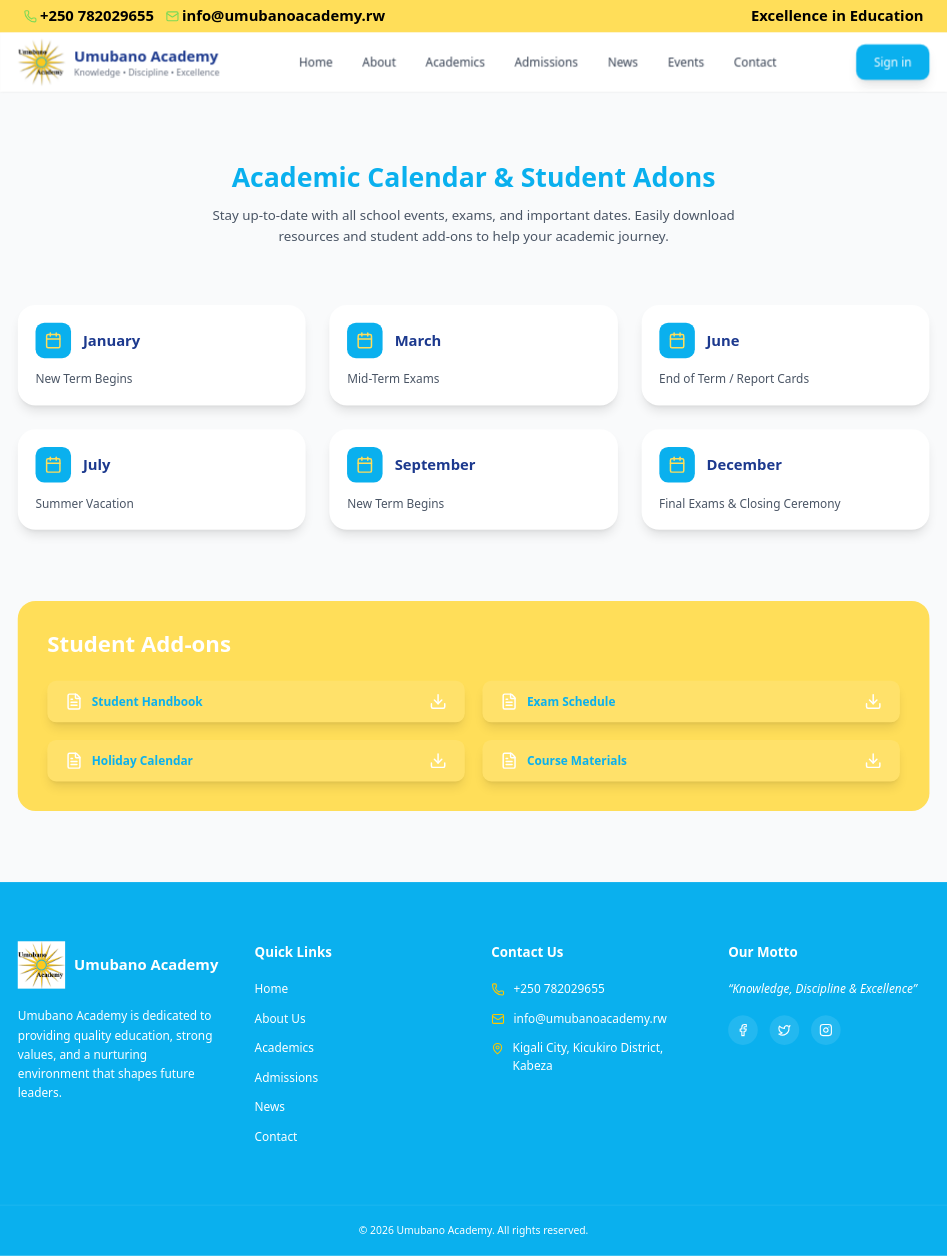
Repository: Umubano-Academy/umubano-academy-website
Page: /academic
These files come from the project's save history. The page is drawn as it stood at one moment and after the next save; the edit follows.
The browser window is 1280 px wide. The pictures show the whole page, at 74% of full size.
The project was rebuilt for these pictures with package versions that can differ from the ones it lists, and the page was loaded fresh each time. Also part of the build but not shown: vite.config.js, src/components/guest/Hero.jsx, src/components/guest/Event.jsx, src/components/guest/News.jsx, src/components/guest/Contact.jsx, src/components/guest/Home.jsx, src/components/guest/Admission.jsx, src/components/guest/About.jsx and 7 more.

Above is the page before, as saved 2026-01-13 19:45:29.

### index.html
<!doctype html>
<html lang="en">
  <head>
    <meta charset="UTF-8" />
    <!-- <link rel="icon" type="image/svg+xml" href="/vite.svg" /> -->
    <meta name="viewport" content="width=device-width, initial-scale=1.0" />
    <title>umubano-academy</title>
  </head>
  <body>
    <div id="root"></div>
    <script type="module" src="/src/main.jsx"></script>
  </body>
</html>

### src/App.jsx
import React from 'react'
import { BrowserRouter, Route, Routes } from 'react-router-dom'
import NavBar from './components/guest/NavBar'
import Hero from './components/guest/Hero'
import Event from './components/guest/Event'
import News from './components/guest/News'
import Layout from './components/guest/Layout'
import Home from './components/guest/Home'
import Admission from './components/guest/Admission'
import Academic from './components/guest/Academic'
import About from './components/guest/About'
import LayOut from './components/admin/LayOut'
import Dashboard from './components/admin/pages/Dashboard'
import Login from './components/guest/forms/Login'
import ResetPassword from './components/guest/forms/ResetPassword'


function App() {
  return (
    <BrowserRouter>

    <Routes>
      <Route path='/' element={<Layout />}>
      <Route index element={<Home />} />
      <Route path='/admissions' element={<Admission />} />
      <Route path='/academic' element={<Academic />} />
      <Route path='/aboutus' element={<About />} />
      <Route path='/login' element={<Login />} />
      <Route path="/password-reset" element={<ResetPassword />} />
      </Route>

      <Route path='/admin' element={<LayOut />}>
      <Route index element={<Dashboard />} />
      </Route>
    </Routes>
    </BrowserRouter>

  )
}

export default App

### src/components/guest/NavBar.jsx
import React, { useState } from "react";
import { Menu, X, Phone, Mail, GraduationCap } from "lucide-react";
import { motion, AnimatePresence } from "framer-motion";
import logo from "../../assets/UALOGO.png";
import { Link } from "react-router-dom";

function NavBar() {
  const [open, setOpen] = useState(false);

  const navLinks = [
    { name: "Home", type: "route", path: "/" },
    { name: "About", type: "route", path: "/aboutus" },
    { name: "Academics", type: "route", path: "/academic" },
    { name: "Admissions", type: "route", path: "/admissions" },
    { name: "News", type: "id", path: "news" },
    { name: "Events", type: "id", path: "events" },
    { name: "Contact", type: "id", path: "contact" },
  ];

  return (
    <>
      {/* Top Info Bar */}
      <div className="hidden md:flex justify-between items-center px-8 py-2 bg-[#FFDE59]  text-sm">
        <div className="flex items-center gap-4">
          <span className="flex items-center gap-1 text-xl text-black font-bold">
            <Phone size={18} className="text-[#7ED956] text-2xl" /> +250
            782029655
          </span>
          <span className="flex text-xl items-center gap-1  text-black font-bold">
            <Mail size={18} className="text-[#7ED956] text-2xl" />{" "}
            info@umubanoacademy.rw
          </span>
        </div>
        <span className=" text-xl  text-black font-bold">
          Excellence in Education
        </span>
      </div>

      {/* Main Navbar */}
      <header className="sticky top-0 z-50 bg-white/80 backdrop-blur-xl shadow-sm">
        <div className="max-w-7xl mx-auto px-6">
          <div className="flex items-center justify-between h-20">
            {/* Logo */}
            <Link to="/" className="flex items-center gap-3">
              <img
                src={logo}
                alt="Umubano Academy Logo"
                className="w-16 h-16 object-contain"
              />
              {/* <div className="w-12 h-12 bg-blue-900 text-white flex items-center justify-center rounded-xl">
                <GraduationCap size={28} />
              </div> */}
              <div>
                <h1 className="text-xl font-bold text-blue-900">
                  Umubano Academy
                </h1>
                <p className="text-xs text-gray-500">
                  Knowledge • Discipline • Excellence
                </p>
              </div>
            </Link>

            {/* Desktop Menu */}
            <nav className="hidden lg:flex items-center gap-10">
              {navLinks.map((link) =>
                link.type === "route" ? (
                  <Link
                    key={link.name}
                    to={link.path}
                    className="relative text-gray-700 font-medium hover:text-blue-900 transition group"
                  >
                    {link.name}
                    <span className="absolute left-0 -bottom-1 w-0 h-0.5 bg-blue-900 transition-all group-hover:w-full"></span>
                  </Link>
                ) : (
                  <a
                    key={link.name}
                    href={`#${link.path}`}
                    className="relative text-gray-700 font-medium hover:text-blue-900 transition group"
                  >
                    {link.name}
                    <span className="absolute left-0 -bottom-1 w-0 h-0.5 bg-blue-900 transition-all group-hover:w-full"></span>
                  </a>
                )
              )}
            </nav>

            {/* CTA */}
            <div className="hidden lg:flex">
              <a
                href="/login"
                className="bg-[#0AB0EE] text-white px-6 py-3 rounded-xl font-medium shadow-lg hover:shadow-xl transition"
              >
                Sign in
              </a>
            </div>

            {/* Mobile Menu Button */}
            <button
              onClick={() => setOpen(!open)}
              className="lg:hidden text-blue-900"
            >
              {open ? <X size={30} /> : <Menu size={30} />}
            </button>
          </div>
        </div>

        {/* Mobile Menu */}
        <AnimatePresence>
          {open && (
            <motion.div
              initial={{ opacity: 0, y: -20 }}
              animate={{ opacity: 1, y: 0 }}
              exit={{ opacity: 0, y: -20 }}
              transition={{ duration: 0.3 }}
              className="lg:hidden bg-white shadow-xl"
            >
              <div className="flex flex-col px-6 py-6 gap-6">
                {navLinks.map((link) =>
                  link.type === "route" ? (
                    <Link
                      key={link.name}
                      to={link.path}
                      className="text-lg font-medium text-gray-700 hover:text-blue-900"
                      onClick={() => setOpen(false)}
                    >
                      {link.name}
                    </Link>
                  ) : (
                    <a
                      key={link.name}
                      href={`#${link.path}`}
                      className="text-lg font-medium text-gray-700 hover:text-blue-900"
                      onClick={() => setOpen(false)}
                    >
                      {link.name}
                    </a>
                  )
                )}

                <Link
                  to="login"
                  className="mt-4 text-center bg-blue-900 text-white py-3 rounded-xl font-medium"
                >
                  Login
                </Link>
              </div>
            </motion.div>
          )}
        </AnimatePresence>
      </header>
    </>
  );
}

export default NavBar;

### src/components/guest/Layout.jsx
import React from 'react'
import NavBar from './NavBar'
import { Outlet } from 'react-router-dom'
import Footer from './Footer'


function Layout() {
  return (
    <div>
      <NavBar />

      <div>
        <Outlet />
      </div>
      <div>
        <Footer />
      </div>
    </div>
  )
}

export default Layout

### src/components/guest/Academic.jsx
import React from "react"
import { motion } from "framer-motion"
import { Calendar, FileText, Download } from "lucide-react"

function Academic() {
  const events = [
    { month: "January", event: "New Term Begins" },
    { month: "March", event: "Mid-Term Exams" },
    { month: "June", event: "End of Term / Report Cards" },
    { month: "July", event: "Summer Vacation" },
    { month: "September", event: "New Term Begins" },
    { month: "December", event: "Final Exams & Closing Ceremony" },
  ]

  const addons = [
    { title: "Student Handbook", file: "#" },
    { title: "Exam Schedule", file: "#" },
    { title: "Holiday Calendar", file: "#" },
    { title: "Course Materials", file: "#" },
  ]

  return (
    <section className="py-24 bg-gray-50">
      <div className="max-w-7xl mx-auto px-6">

        {/* Header */}
        <motion.div
          initial={{ opacity: 0, y: 30 }}
          whileInView={{ opacity: 1, y: 0 }}
          viewport={{ once: true }}
          transition={{ duration: 0.6 }}
          className="text-center max-w-3xl mx-auto mb-20"
        >
          <h2 className="text-4xl font-bold text-[#0AB0EE] mb-4">
            Academic Calendar & Student Adons
          </h2>
          <p className="text-gray-600 text-lg">
            Stay up-to-date with all school events, exams, and important dates.
            Easily download resources and student add-ons to help your academic journey.
          </p>
        </motion.div>

        {/* Calendar Timeline */}
        <motion.div
          initial="hidden"
          whileInView="visible"
          viewport={{ once: true }}
          variants={{
            visible: { transition: { staggerChildren: 0.15 } },
          }}
          className="grid grid-cols-1 md:grid-cols-2 lg:grid-cols-3 gap-8 mb-24"
        >
          {events.map((item, index) => (
            <motion.div
              key={index}
              variants={{
                hidden: { opacity: 0, y: 40 },
                visible: { opacity: 1, y: 0 },
              }}
              transition={{ duration: 0.6 }}
              className="bg-white rounded-3xl shadow-lg p-6 hover:shadow-2xl transition cursor-pointer"
            >
              <div className="flex items-center gap-4 mb-4">
                <div className="w-12 h-12 bg-[#0AB0EE] text-[#FFDE59] flex items-center justify-center rounded-xl">
                  <Calendar />
                </div>
                <h4 className="text-xl font-semibold text-blue-900">
                  {item.month}
                </h4>
              </div>
              <p className="text-gray-600">{item.event}</p>
            </motion.div>
          ))}
        </motion.div>

        {/* Student Add-ons */}
        <motion.div
          initial={{ opacity: 0, y: 30 }}
          whileInView={{ opacity: 1, y: 0 }}
          viewport={{ once: true }}
          transition={{ duration: 0.6 }}
          className="bg-[#FFDE59] rounded-3xl p-10 text-white"
        >
          <h3 className="text-3xl font-bold mb-8">Student Add-ons</h3>
          <div className="grid grid-cols-1 md:grid-cols-2 gap-6">
            {addons.map((item, index) => (
              <a
                key={index}
                href={item.file}
                className="flex items-center justify-between bg-white/10 hover:bg-yellow-400 hover:text-blue-900 transition px-6 py-4 rounded-xl shadow-lg"
              >
                <div className="flex items-center gap-3">
                  <FileText />
                  <span className="font-semibold text-[#0AB0EE]">{item.title}</span>
                </div>
                <Download />
              </a>
            ))}
          </div>
        </motion.div>

      </div>
    </section>
  )
}

export default Academic

### src/components/guest/Footer.jsx
import React from "react"
import {
  Phone,
  Mail,
  MapPin,
  Facebook,
  Twitter,
  Instagram,
  GraduationCap,
} from "lucide-react"
import logo from "../../assets/UALOGO.png"

function Footer() {
  return (
    <footer className="bg-[#0AB0EE] text-white">
      <div className="max-w-7xl mx-auto px-6 py-20">

        {/* Top Section */}
        <div className="grid grid-cols-1 md:grid-cols-2 lg:grid-cols-4 gap-12">

          {/* School Info */}
          <div>
            <div className="flex items-center gap-3 mb-6">
              <img src={logo} alt="Umubano Academy Logo" className="w-16 h-16 object-contain" />
              <h3 className="text-xl font-bold text-white">
                Umubano Academy
              </h3>
            </div>
            <p className="text-white leading-relaxed">
              Umubano Academy is dedicated to providing quality education,
              strong values, and a nurturing environment that shapes future
              leaders.
            </p>
          </div>

          {/* Quick Links */}
          <div>
            <h4 className="text-lg font-semibold text-white mb-6">
              Quick Links
            </h4>
            <ul className="space-y-4">
              {[
                "Home",
                "About Us",
                "Academics",
                "Admissions",
                "News",
                "Contact",
              ].map((link) => (
                <li key={link}>
                  <a
                    href={`/${link.toLowerCase().replace(" ", "")}`}
                    className="hover:text-yellow-400 transition"
                  >
                    {link}
                  </a>
                </li>
              ))}
            </ul>
          </div>

          {/* Contact Info */}
          <div>
            <h4 className="text-lg font-semibold text-white mb-6">
              Contact Us
            </h4>
            <ul className="space-y-4">
              <li className="flex items-start gap-3">
                <Phone size={18} className="text-yellow-400 mt-1" />
                <span>+250 782029655</span>
              </li>
              <li className="flex items-start gap-3">
                <Mail size={18} className="text-yellow-400 mt-1" />
                <span>info@umubanoacademy.rw</span>
              </li>
              <li className="flex items-start gap-3">
                <MapPin size={18} className="text-yellow-400 mt-1" />
                <span>
                  Kigali City, Kicukiro District, Kabeza
                </span>
              </li>
            </ul>
          </div>

          {/* Motto & Social */}
          <div>
            <h4 className="text-lg font-semibold text-white mb-6">
              Our Motto
            </h4>
            <p className="italic mb-6">
              “Knowledge, Discipline & Excellence”
            </p>

            <div className="flex gap-4">
              <a
                href="#"
                className="w-10 h-10 bg-white/10 flex items-center justify-center rounded-full hover:bg-yellow-400 hover:text-blue-900 transition"
              >
                <Facebook size={18} />
              </a>
              <a
                href="#"
                className="w-10 h-10 bg-white/10 flex items-center justify-center rounded-full hover:bg-yellow-400 hover:text-blue-900 transition"
              >
                <Twitter size={18} />
              </a>
              <a
                href="#"
                className="w-10 h-10 bg-white/10 flex items-center justify-center rounded-full hover:bg-yellow-400 hover:text-blue-900 transition"
              >
                <Instagram size={18} />
              </a>
            </div>
          </div>

        </div>
      </div>

      {/* Bottom Bar */}
      <div className="border-t border-white/10 py-6 text-center text-sm text-white">
        © {new Date().getFullYear()} Umubano Academy. All rights reserved.
      </div>
    </footer>
  )
}

export default Footer

Loaded but not shown: src/main.jsx (common file); src/index.css (common file)

After the next save:
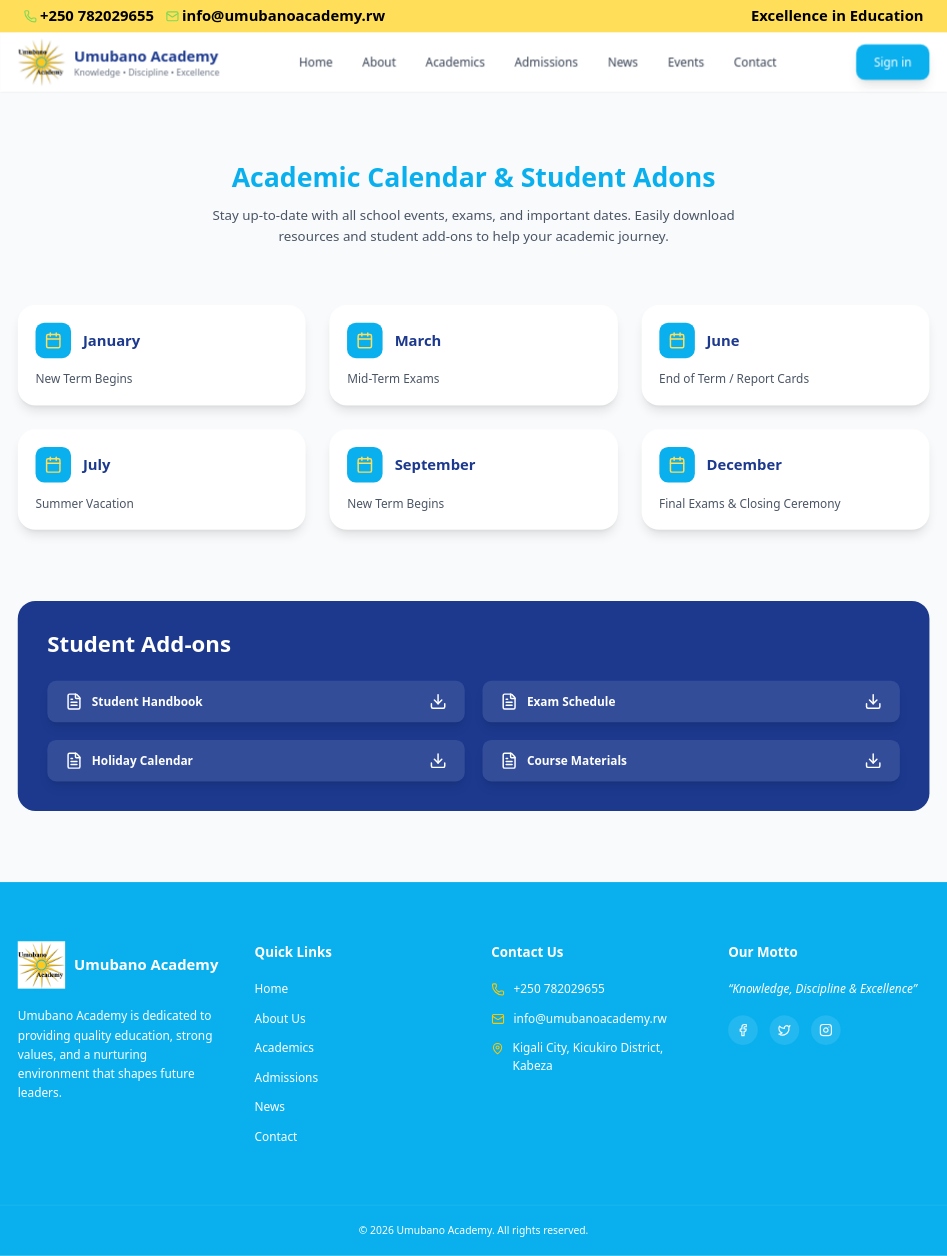
Saved 15 s later.
--- a/src/components/guest/Academic.jsx
+++ b/src/components/guest/Academic.jsx
@@ -79,7 +79,7 @@ function Academic() {
           whileInView={{ opacity: 1, y: 0 }}
           viewport={{ once: true }}
           transition={{ duration: 0.6 }}
-          className="bg-[#FFDE59] rounded-3xl p-10 text-white"
+          className="bg-blue-900 rounded-3xl p-10 text-white"
         >
           <h3 className="text-3xl font-bold mb-8">Student Add-ons</h3>
           <div className="grid grid-cols-1 md:grid-cols-2 gap-6">
@@ -91,7 +91,7 @@ function Academic() {
               >
                 <div className="flex items-center gap-3">
                   <FileText />
-                  <span className="font-semibold text-[#0AB0EE]">{item.title}</span>
+                  <span className="font-semibold">{item.title}</span>
                 </div>
                 <Download />
               </a>
